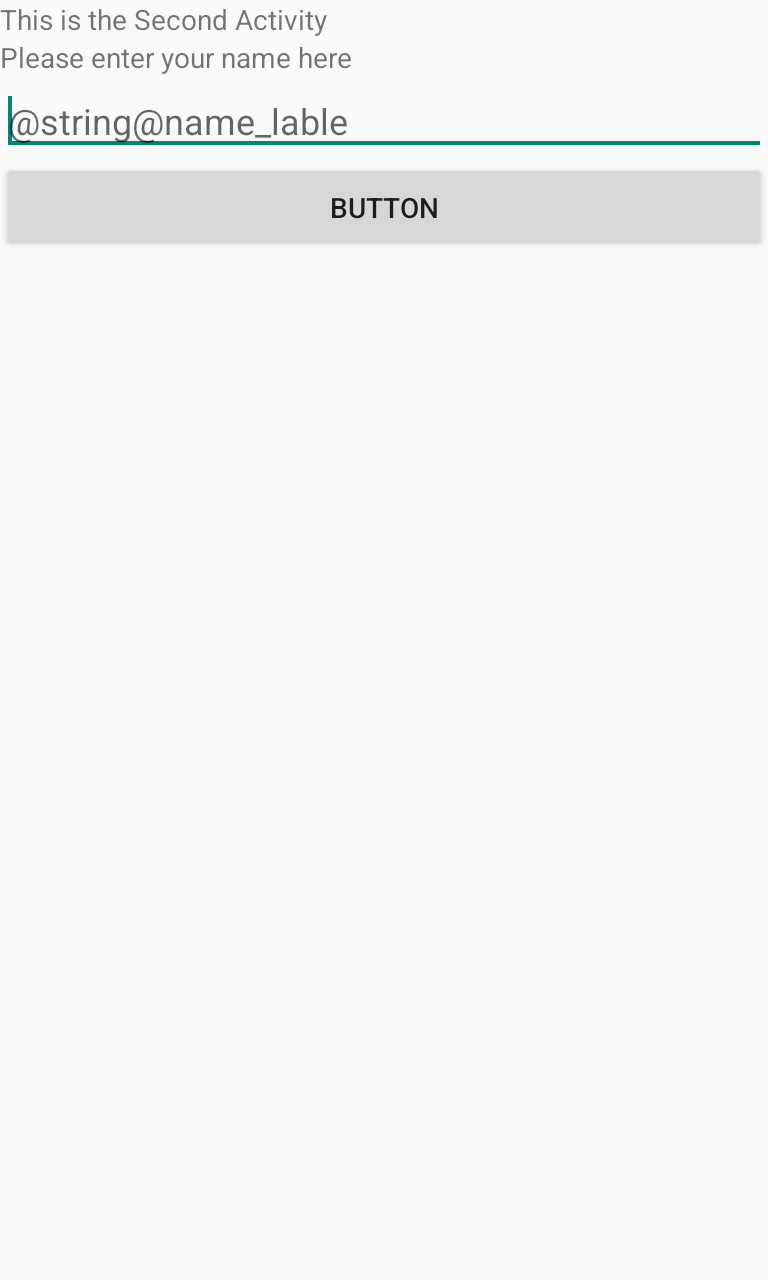
Repository: zieckey/androidworkspace
Layout: UsingIntent/res/layout/second_activity.xml
An editor plug-in stored every save of this project. The layout is shown before and after the next save, followed by the edit.
It is drawn on a 768 x 1280 px phone screen (xhdpi) without system bars, with theme AppTheme; the app's code is not run.

Above is the layout before, as saved 2014-09-06 08:33:31.

### UsingIntent/res/layout/second_activity.xml
<LinearLayout xmlns:android="http://schemas.android.com/apk/res/android"
    android:layout_width="match_parent"
    android:layout_height="match_parent"
    android:orientation="vertical" >


    <TextView
        android:layout_width="match_parent"
        android:layout_height="wrap_content"
        android:text="@string/second_activity_desc"/>

    <TextView
        android:id="@+id/textView1"
        android:layout_width="match_parent"
        android:layout_height="wrap_content"
        android:text="@string/name_lable" />

    <EditText
        android:id="@+id/editText1"
        android:layout_width="match_parent"
        android:layout_height="wrap_content"
        android:hint="@string@name_lable"
        android:ems="10" >

        <requestFocus />
    </EditText>

    <Button
        android:id="@+id/button1"
        android:layout_width="match_parent"
        android:layout_height="wrap_content"
        android:text="Button" />

</LinearLayout>

### UsingIntent/res/values/strings.xml
<?xml version="1.0" encoding="utf-8"?>
<resources>

    <string name="app_name">UsingIntent</string>
    <string name="hello_world">Hello world!</string>
    <string name="action_settings">Settings</string>
    <string name="second_activity_desc">This is the Second Activity</string>
    <string name="button_text">Display the second Activity</string>
    <string name="name_lable">Please enter your name here</string>
    <string name="ok_button_text">OK</string>

</resources>

Loaded but not shown: UsingIntent/res/values/styles.xml (common file); UsingIntent/res/values-v11/styles.xml (common file); UsingIntent/res/values-v14/styles.xml (common file)

After the next save:
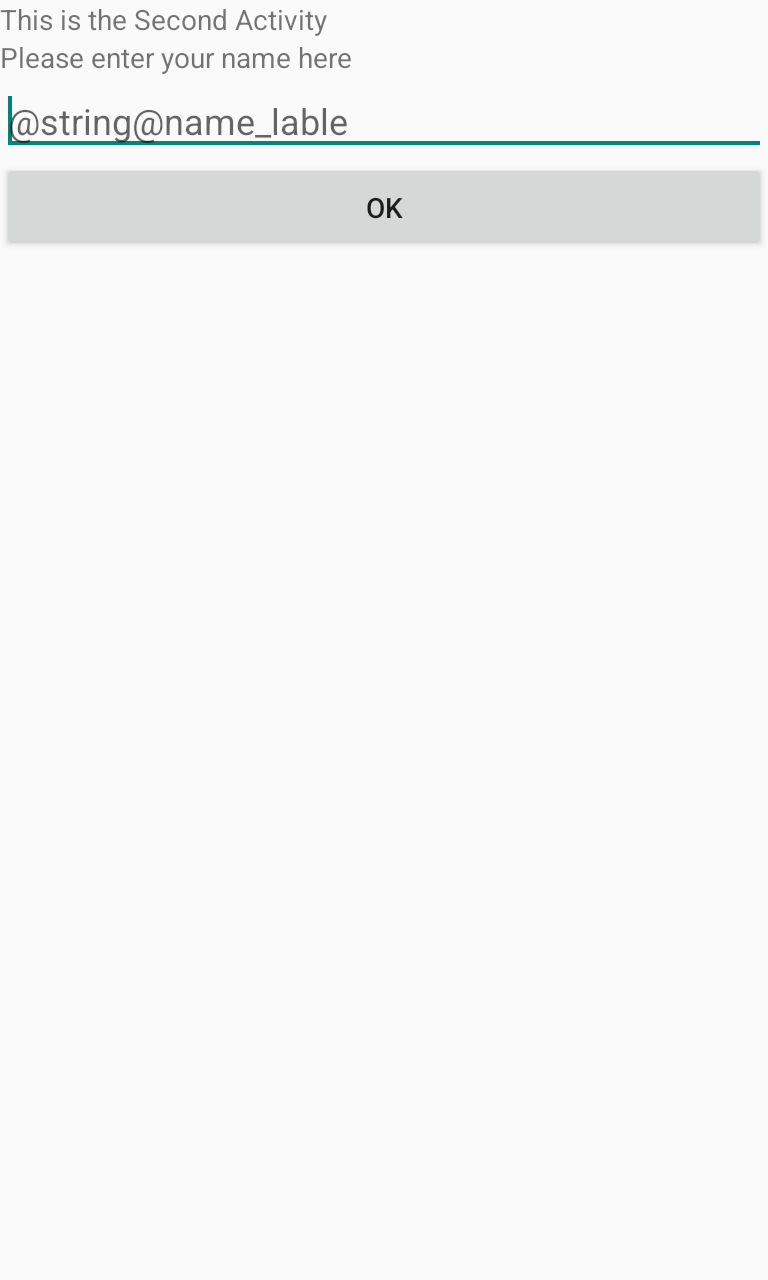
Saved 21 s later.
--- a/UsingIntent/res/layout/second_activity.xml
+++ b/UsingIntent/res/layout/second_activity.xml
@@ -29,6 +29,6 @@
         android:id="@+id/button1"
         android:layout_width="match_parent"
         android:layout_height="wrap_content"
-        android:text="Button" />
+        android:text="@string/ok_button_text" />
 
 </LinearLayout>
